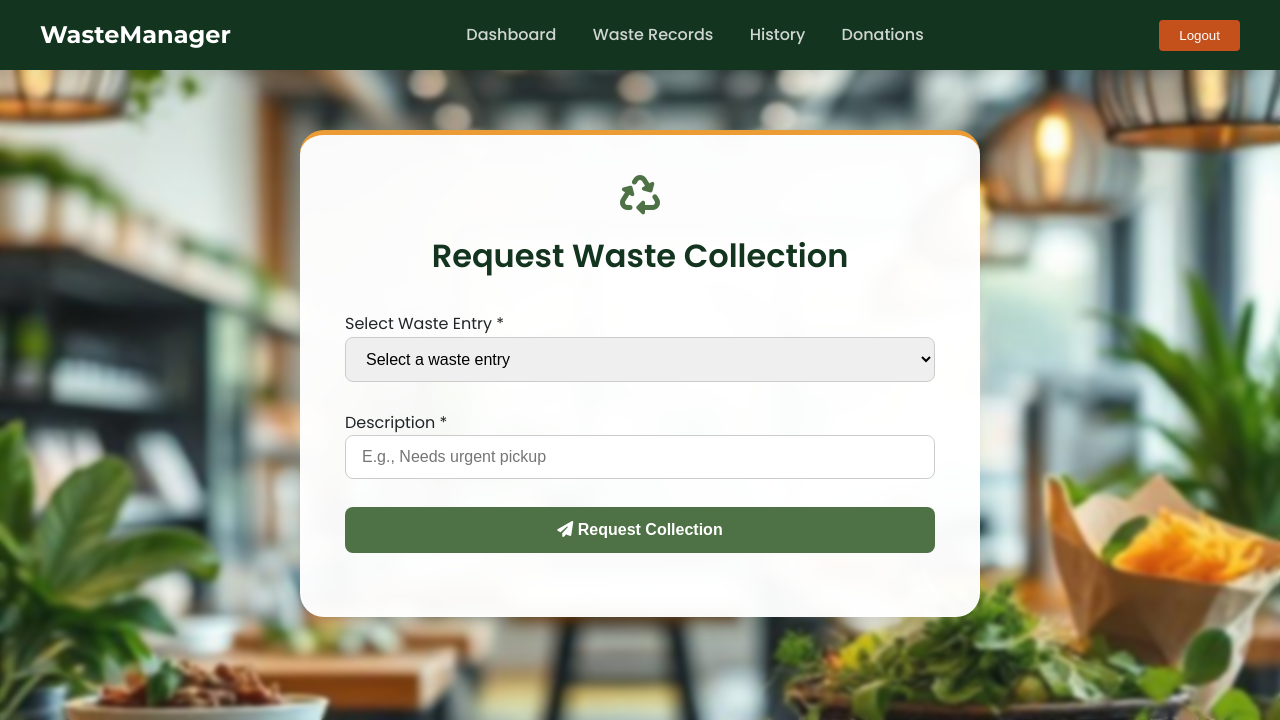
Repository: mahekagrawal25/restaurant-waste-management
Page: frontend/request-collection.html
These files come from the project's save history. The page is drawn as it stood at one moment and after the next save; the edit follows.
The browser window is 1280 px wide. The pictures show the whole page.
The page's requests for data from a server got no answer.

Above is the page before, as saved 2025-04-26 13:01:59.
Console error: TypeError: Cannot read properties of null (reading 'getElementsByTagName')

After the next save:
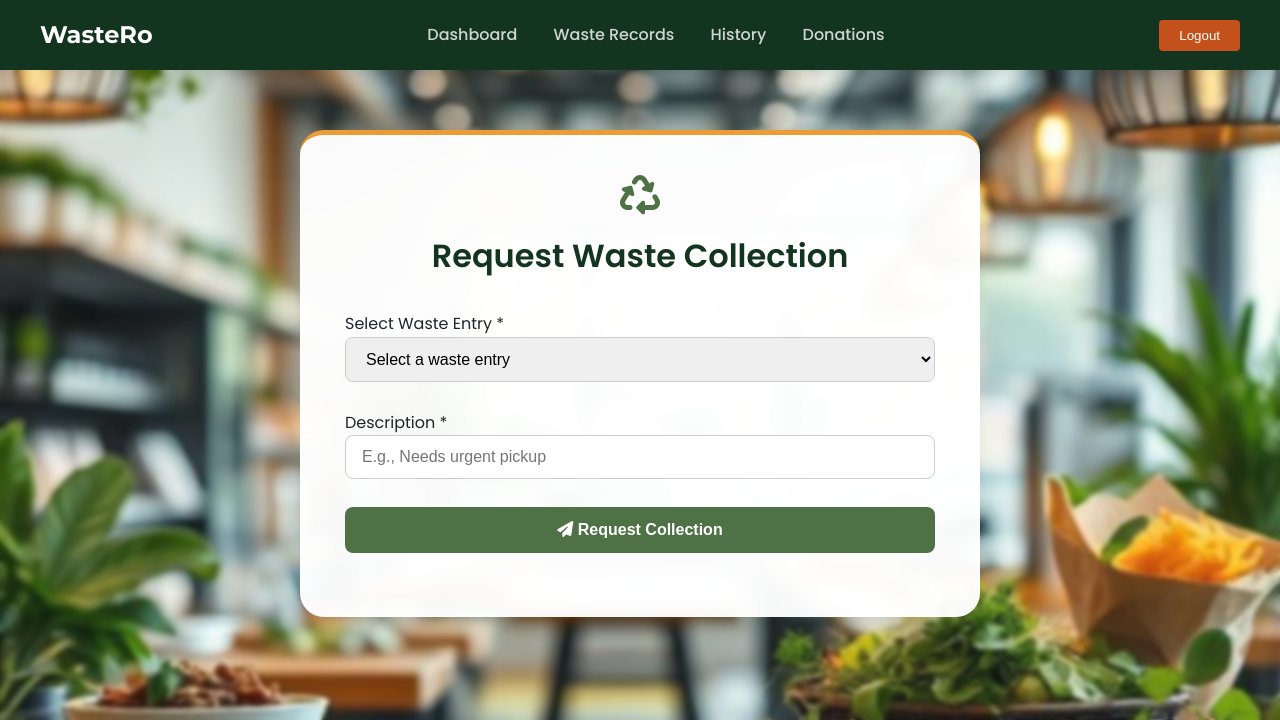
Saved 25 s later.
--- a/frontend/request-collection.html
+++ b/frontend/request-collection.html
@@ -112,7 +112,7 @@
 <body>
   <header class="navbar">
     <div class="nav-container">
-      <div class="logo">WasteManager</div>
+      <div class="logo">WasteRo</div>
       <nav>
         <a href="restaurant_dashboard.html">Dashboard</a>
         <a href="waste-records.html">Waste Records</a>
@@ -159,7 +159,7 @@
   </div>
 
   <footer class="footer">
-    <p>&copy; 2025 WasteManager | All rights reserved</p>
+    <p>&copy; 2025 WasteRo | All rights reserved</p>
   </footer>
 
   <script src="script.js">
